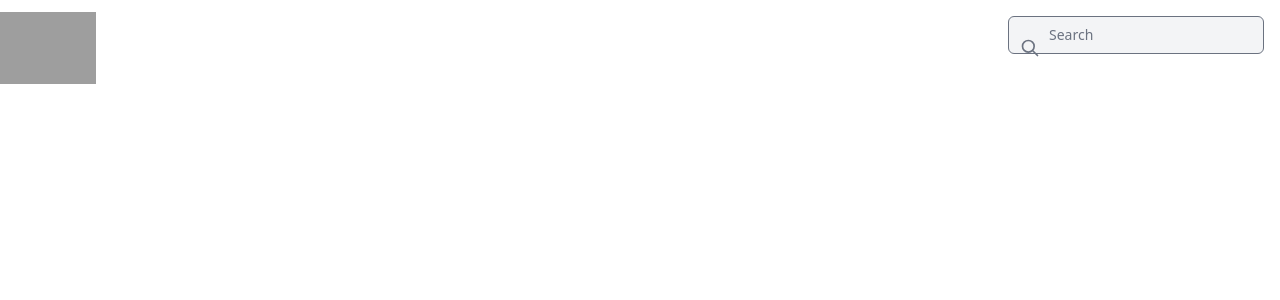
Repository: Qu4ntumGuy/insta-clone
Page: /
An editor plug-in stored every save of this project. The page is shown before and after the next save, followed by the edit.
The browser window is 1280 px wide. The pictures show the whole page.
Pictures or frames that could not be fetched are drawn as grey boxes. The project was rebuilt for these pictures with package versions that can differ from the ones it lists, and the page was loaded fresh each time. The framework's server and built-in components were replaced by stand-ins that run in the browser. Also part of the build but not shown: next.config.js.

Above is the page before, as saved 2022-03-16 12:07:04.

After the next save:
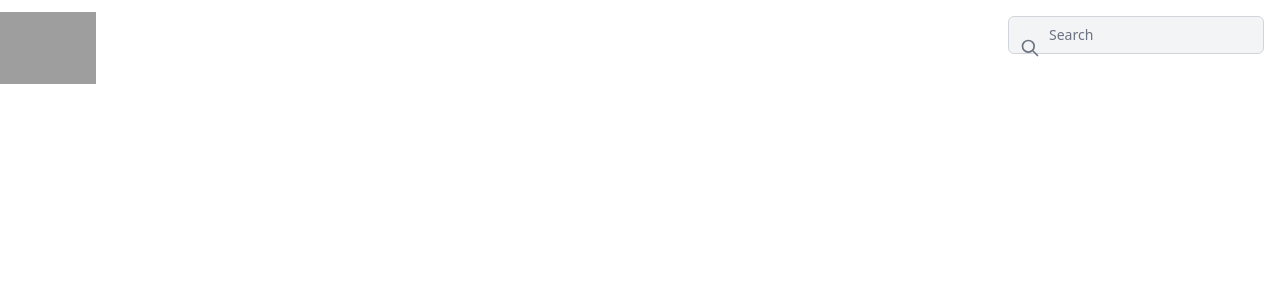
Saved 8 s later.
--- a/components/Header.js
+++ b/components/Header.js
@@ -33,7 +33,7 @@
           </div>
           <input
             className="bg-gray-100 rounded-md block w-full pl-10 sm: text-sm
-            border-gray focus:ring-black focus:border-black"
+            border-gray-300 focus:ring-black focus:border-black"
             type="text"
             placeholder="Search"
           />
